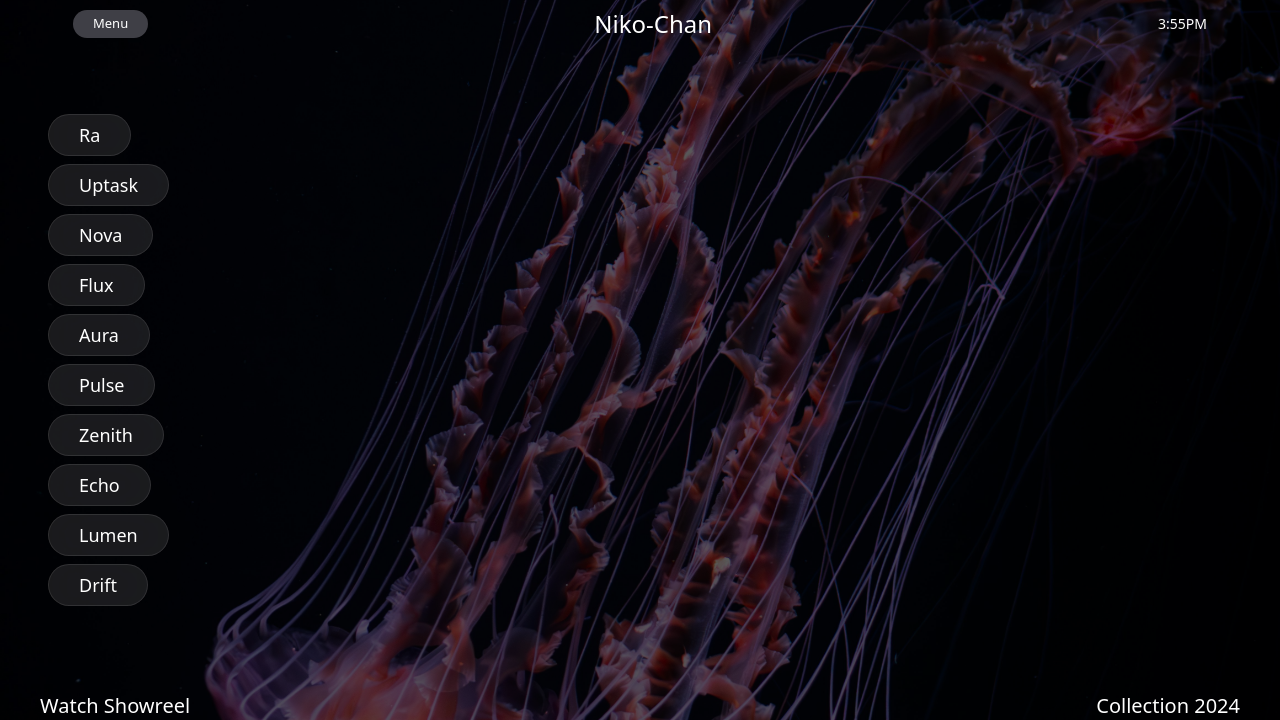
Repository: nikhilsinghrathore1/Niks_indian_local
Page: /
These files come from the project's save history. The page is drawn as it stood at one moment and after the next save; the edit follows.
The browser window is 1280 px wide. The pictures show the whole page.
The project was rebuilt for these pictures with package versions that can differ from the ones it lists, and the page was loaded fresh each time. Also part of the build but not shown: vite.config.ts.

Above is the page before, as saved 2024-08-27 11:27:16.

After the next save:
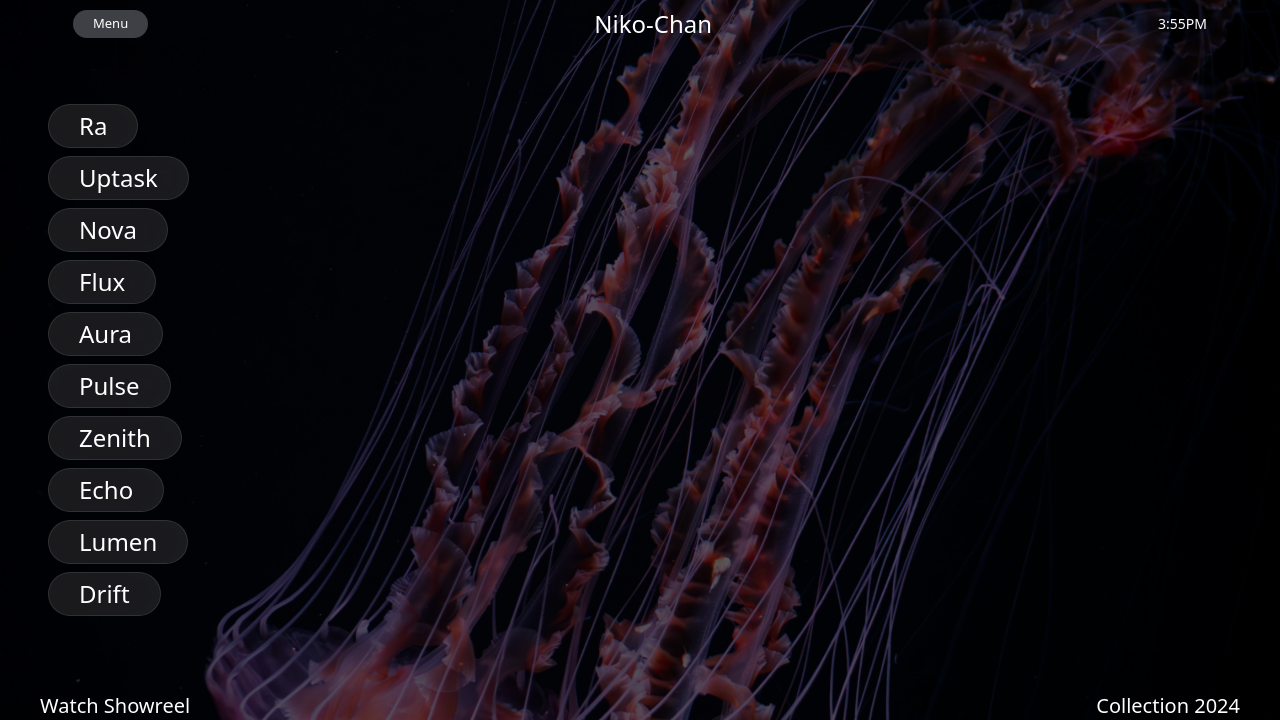
Saved 14 s later.
--- a/src/Components/Landing.tsx
+++ b/src/Components/Landing.tsx
@@ -297,7 +297,7 @@ const Landing: React.FC = () => {
         {previews.map((preview, index) => (
           <div
             key={index}
-            className='item w-fit py-1  text-lg cursor-pointer'
+            className='item w-fit py-1  text-xm cursor-pointer'
             ref={(el) => (itemsRef.current[index] = el)}
           >
             <p >{preview.title}</p>
